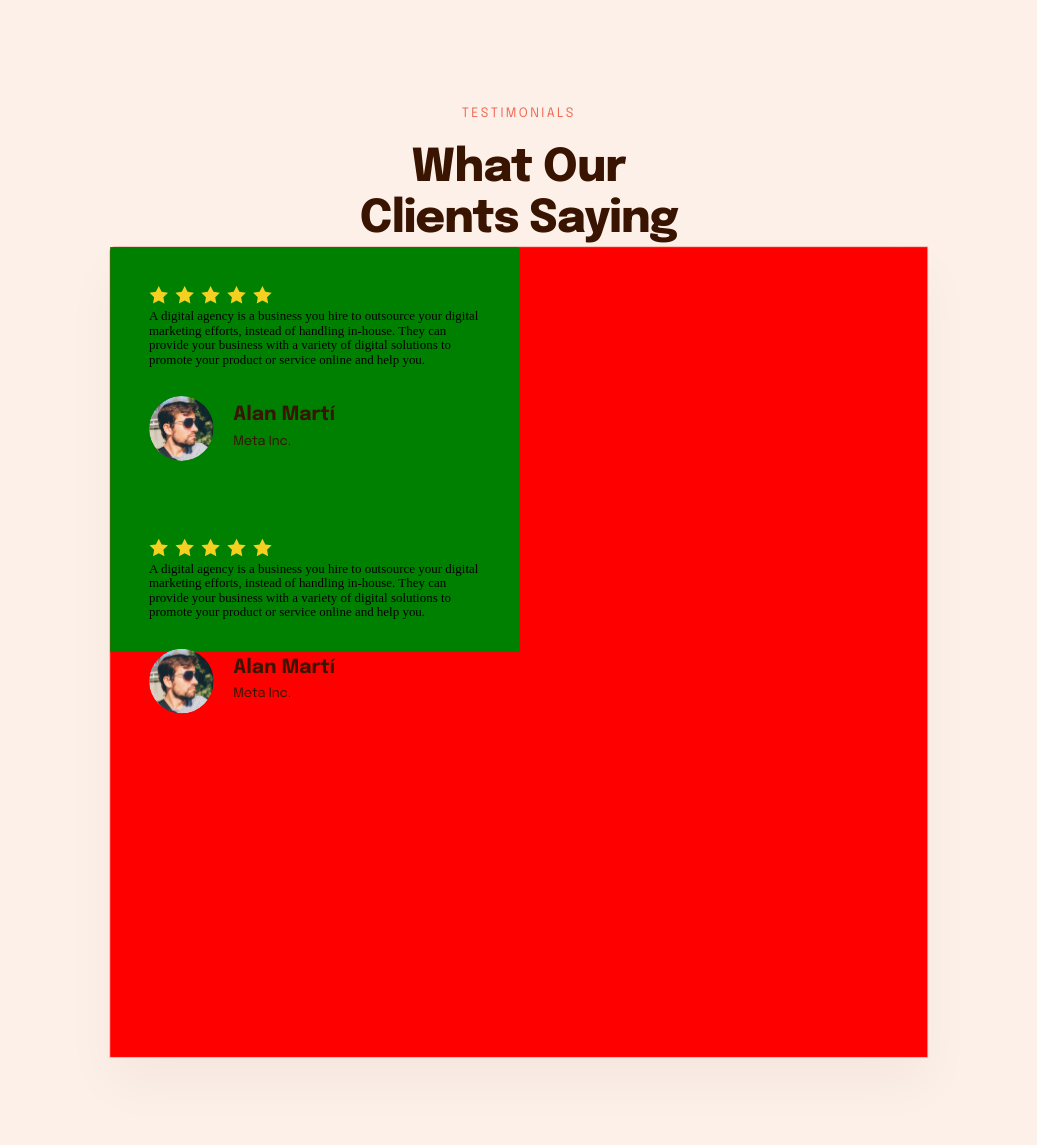
Repository: simralgasimov/task
Page: index.html
The author's editor kept a copy of each file at every save. The page is drawn from the files as they stood at one save, then again after a run of saves.
The browser window is 1280 px wide. The pictures show the whole page, at 81% of full size.

Above is the page before, as saved 2023-09-06 13:44:20.

### index.html
<!DOCTYPE html>
<html lang="en">

<head>
  <meta charset="UTF-8" />
  <meta name="viewport" content="width=device-width, initial-scale=1.0" />
  <title>Document</title>
  <link rel="stylesheet" href="index.css" />
</head>

<body>
  <div class="container">
    <h1>Testimonials</h1>
    <h2> What Our <br /> Clients Saying </h2>
    <div class="comment">
      <div class="left-box">
        <div class="box">
          <img class="star-img" src="./img/star.svg" alt="" />
          <p> A digital agency is a business you hire to outsource your digital marketing efforts, instead of handling
            in-house. They can provide your business with a variety of digital solutions to promote your product or
            service online and help you. </p>
          <div class="user">
            <img src="./img/Oval.svg" alt="">
            <div class="user-info">
              <h3>Alan Martí</h3>
              <p>Meta Inc.</p>
            </div>
          </div>
        </div>
        <div class="box">
          <div class="box-2">
            <img src="./img/star.svg" alt="" />
            <p> A digital agency is a business you hire to outsource your digital marketing efforts, instead of handling
              in-house. They can provide your business with a variety of digital solutions to promote your product or
              service online and help you. </p>
            <div class="user">
              <img src="./img/Oval.svg" alt="">
              <div class="user-info">
                <h3>Alan Martí</h3>
                <p>Meta Inc.</p>
              </div>
            </div>
          </div>
        </div>
      </div>
      <div class="right-box"></div>
    </div>
</body>

</html>

### index.css
@import url("https://fonts.googleapis.com/css2?family=Epilogue:wght@400;700;800;900&display=swap");

* {
  margin: 0;
  padding: 0;
  box-sizing: border-box;
}

.container {
  background: #fdf0e9;
  padding: 124px 134px 108px 135px;
}

.container h1 {
  color: var(--Text_Dark_Accent, #ef6d58);
  text-align: center;
  font-feature-settings: "clig" off, "liga" off;
  font-family: Epilogue;
  font-size: 16px;
  font-style: normal;
  font-weight: 400;
  line-height: 32px;
  letter-spacing: 3px;
  text-transform: uppercase;
}

.container h2 {
  margin-top: 20px;
  color: var(--Text_Dark, #391400);
  text-align: center;
  font-feature-settings: "clig" off, "liga" off;
  font-family: Epilogue;
  font-size: 56px;
  font-style: normal;
  font-weight: 800;
  line-height: 64px;
  letter-spacing: -1px;
}

.container .comment {
  background-color: red;

  border-radius: 6px 0px 0px 0px;
  border: 1px solid #f3d1bf;
  box-shadow: 0px 32px 64px 0px rgba(57, 20, 0, 0.04);
}
.container .comment .left-box,
.container .comment .right-box {
  width: 50%;
  height: 500px;
}
.left-box {
  background-color: green;
}
.container .comment .box {
  padding: 48px;
}
.container .comment .


.container .comment .box p {
  color: var(--Text_Dark_Gray, rgba(57, 20, 0, 0.64));
  font-feature-settings: "clig" off, "liga" off;
  font-family: Epilogue;
  font-size: 16px;
  font-style: normal;
  font-weight: 400;
  line-height: 32px;
}
.container .comment .box .user {
    margin-top: 36px;
    display: flex;
    align-items: center;
  }

  .container .comment .box .user img {
    width: 80px;
    height: 80px;
    margin-right: 24px;
    border-radius: 50%;
}
  .container .comment .box .user  .user-info h3{
    color: var(--Text_Dark, #391400);
    font-feature-settings: 'clig' off, 'liga' off;
    font-family: Epilogue;
    font-size: 24px;
    font-style: normal;
    font-weight: 700;
    line-height: 32px;
  }
  .container .comment .box .user  .user-info p{
    color: var(--Text_Dark, #391400);
    font-feature-settings: 'clig' off, 'liga' off;
    font-family: Epilogue;
    font-size: 16px;
    font-style: normal;
    font-weight: 400;
    line-height: 32px;
}

After the next 3 saves:
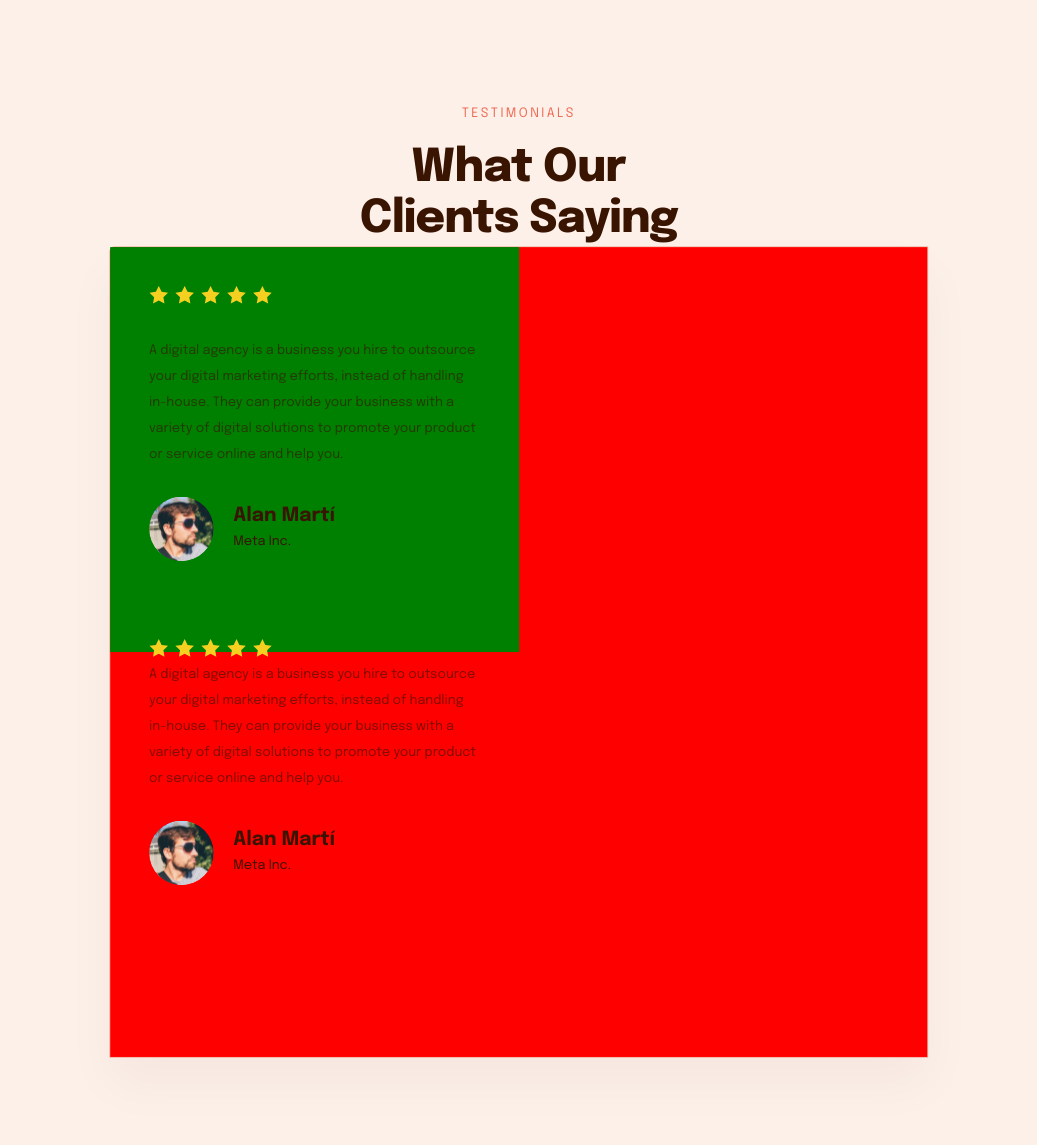
The 3 saves are shown as one change because they came seconds apart.
The last was saved 10 s later.
--- a/index.css
+++ b/index.css
@@ -55,7 +55,9 @@
 .container .comment .box {
   padding: 48px;
 }
-.container .comment .
+.container .comment .box .star-img{
+    margin-bottom: 36px;
+}
 
 
 .container .comment .box p {
